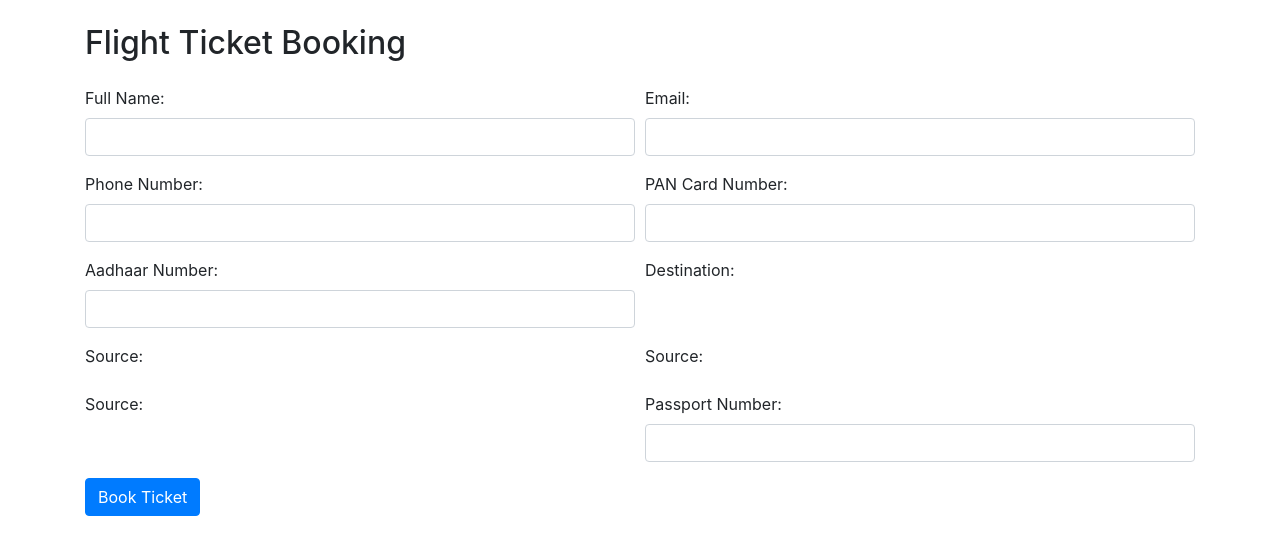
Repository: Hari-mani-don/JavaDynamicProjectWorkspace
Page: http://localhost/Airline/ticketBookingPage.jsp
These files come from the project's save history. The page is drawn as it stood at one moment and after a run of saves; the edit follows.
The browser window is 1280 px wide. The pictures show the whole page.
The page is served by Tomcat 9.

Above is the page before, as saved 2024-05-15 22:44:10.

After the next 2 saves:
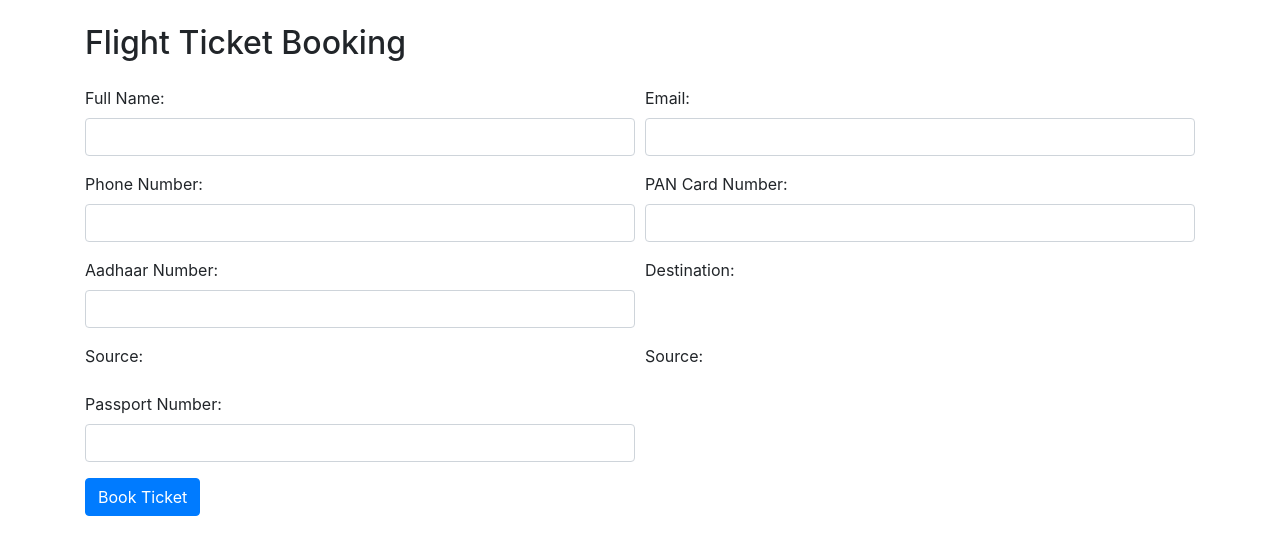
The 2 saves are shown as one change because they came seconds apart.
The last was saved 15 s later.
--- a/Airline/src/main/webapp/ticketBookingPage.jsp
+++ b/Airline/src/main/webapp/ticketBookingPage.jsp
@@ -56,10 +56,9 @@ String time = request.getParameter("time");
 				</div>
 			</div>
 			<div class="form-row">
-				<div class="form-group col-md-6">
-					<label for="source">Source:</label> <input type="hidden"
+				 <input type="hidden"
 						class="form-control" id="source" name="source" value="<%=source %>" required>
-				</div>
+
 				<div class="form-group col-md-6">
 					<label for="source">Source:</label> <input type="hidden"
 						class="form-control" id="source" name="source" value="<%=source %>" required>
